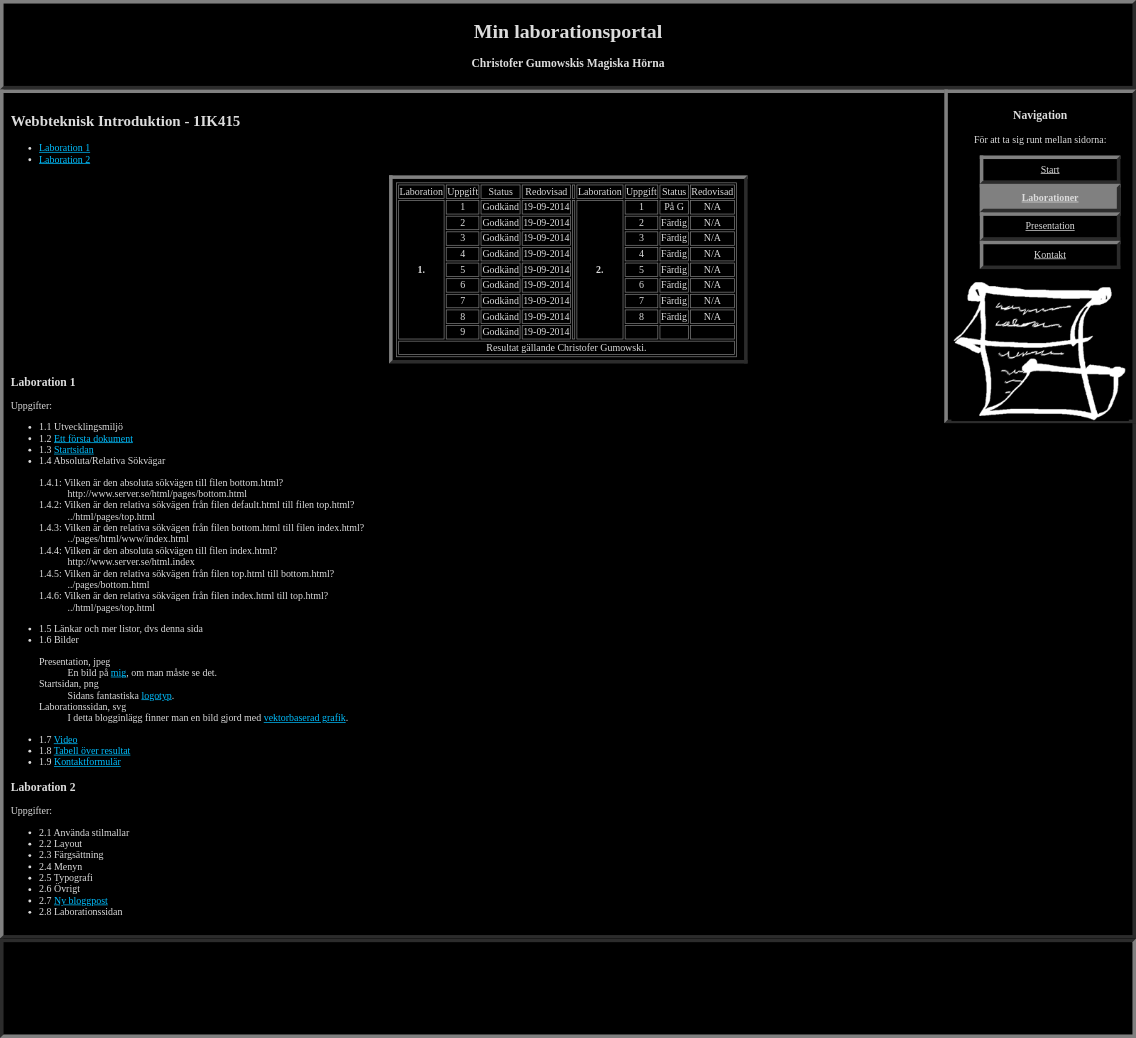
Repository: cg222im/1IK415_cg222im
Page: pages/laborationer.html
The author's editor kept a record of every edit. The page is drawn from the files as they stood at one moment, then again after the next edit.
The browser window is 1280 px wide. The page is 1600 px wide, so the pictures cover 1600 px, including what lies to the right of the window. The pictures show the whole page, at 71% of full size.

Above is the page before.

After the next edit:
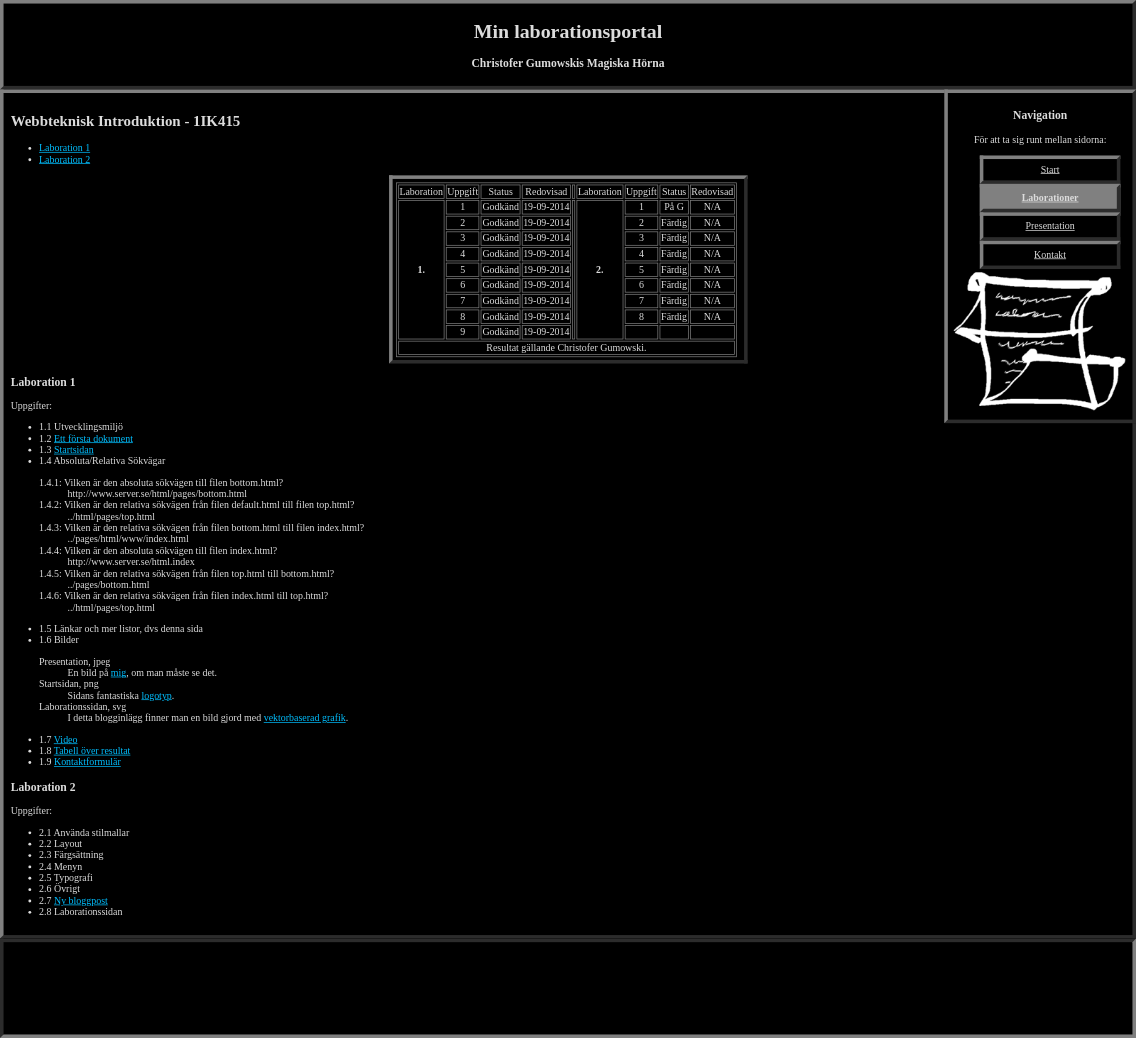
The edit:
--- a/css/style.css
+++ b/css/style.css
@@ -114,6 +114,7 @@
 }
 .navmenu {
     list-style: none;
+    margin: auto auto;
 }
 .navmenu li a:hover {
     background-color: gray;
